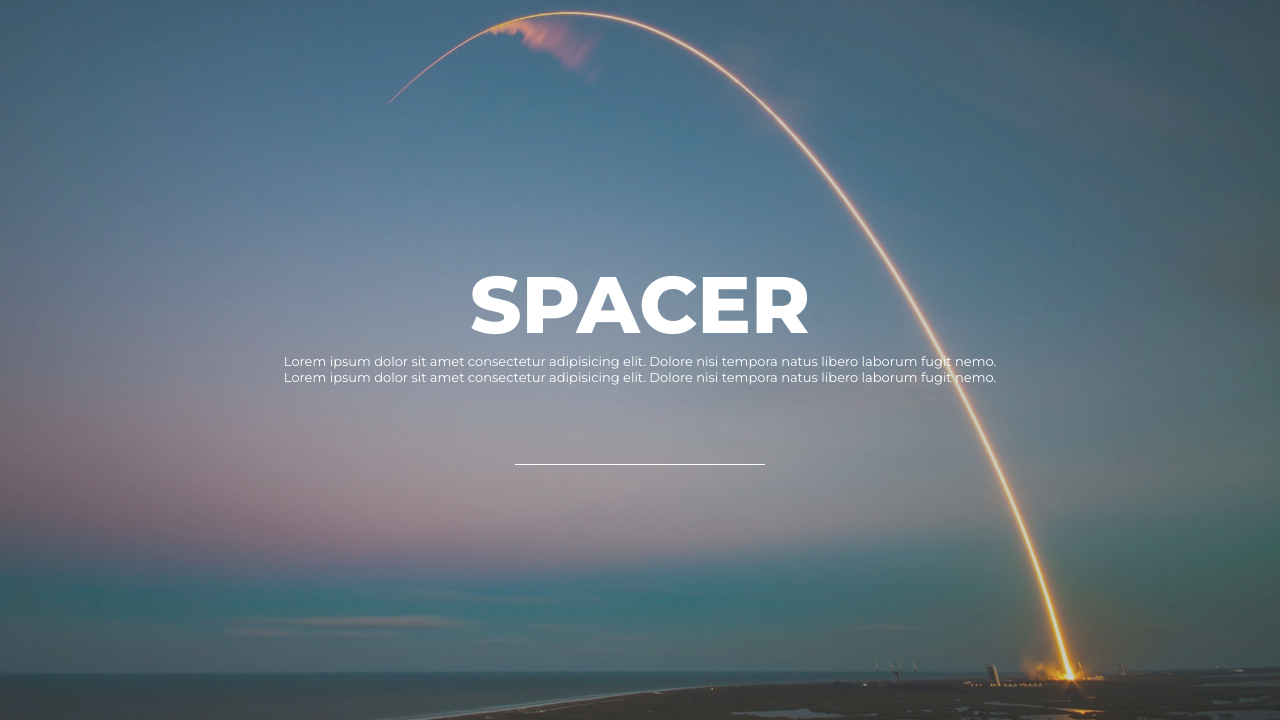
Repository: Trelefele/spacer-roman
Page: /
An editor plug-in stored every save of this project. The page is shown before and after the next save, followed by the edit.
The browser window is 1280 px wide. The pictures show the whole page.
The project was rebuilt for these pictures with package versions that can differ from the ones it lists, and the page was loaded fresh each time.

Above is the page before, as saved 2019-02-05 19:37:32.

### public/index.html
<!DOCTYPE html>
<html lang="en">
  <head>
    <meta charset="utf-8">
    <meta http-equiv="X-UA-Compatible" content="IE=edge">
    <meta name="viewport" content="width=device-width,initial-scale=1.0">
    <link rel="icon" href="<%= BASE_URL %>favicon.ico">
    <!-- <script src="https://unpkg.com/axios/dist/axios.min.js"></script> -->
    <title>spacer-roman</title>
  </head>
  <body>
    <noscript>
      <strong>We're sorry but spacer-roman doesn't work properly without JavaScript enabled. Please enable it to continue.</strong>
    </noscript>
    <div id="app"></div>
    <!-- built files will be auto injected -->
  </body>
</html>

### src/main.js
import Vue from 'vue';
import App from './App.vue';

Vue.config.productionTip = false;

new Vue({
  render(h) { return h(App); },
}).$mount('#app');

### src/App.vue
<template>
  <div class="app">
    <div class="wrapper">
    <HeroImage/>
    <Claim/>
    <SearchInput/>
  </div>
  </div>
</template>

<script>
import axios from 'axios';
import debounce from 'lodash.debounce';
import Claim from '@/components/Claim.vue';
import HeroImage from '@/components/HeroImage.vue';
import SearchInput from '@/components/SearchInput.vue';

const API = 'https://images-api.nasa.gov/search';

export default {
  name: 'App',
  components: {
    Claim,
    SearchInput,
    HeroImage
  },
  data() {
    return {
      searchValue: '',
      results: [],
    };
  },
  methods: {
    // eslint-disable-next-line
    handleInput: debounce(function(){
      axios.get(`${API}?q=${this.searchValue}&media_type=image`)
        .then((response) => {
          // this.results = response.data.collection.items;
          this.results = response.data.collection.items;
        })
        .catch((error) => {
          console.log(error);
        });
    }, 500),
  },
};
</script>

<style lang="scss" >
@import url('https://fonts.googleapis.com/css?family=Montserrat:300,400,600,800');

* {
  box-sizing: border-box;
  font-family: 'Montserrat', sans-serif;
  margin: 0;
  padding: 0;
}
.wrapper {
    margin: 0;
    width: 100%;
    min-height: 100vh;
    padding: 30px;
    display: flex;
    flex-direction: column;
    align-items: center;
    justify-content: center;
}
</style>

### src/components/Claim.vue
<template>
  <div class="claimWrapper">
    <h1 class="claim">SPACER</h1>
    <p class="subclaim">
      Lorem ipsum dolor sit amet consectetur adipisicing elit.
      Dolore nisi tempora natus libero laborum fugit nemo.
    </p>
    <p class="subclaim">
      Lorem ipsum dolor sit amet consectetur adipisicing elit.
      Dolore nisi tempora natus libero laborum fugit nemo.
    </p>
  </div>
</template>

<script>
export default {
  name: "Claim"
};
</script>

<style lang="scss" scoped>
.claimWrapper {
  display: flex;
  flex-direction: column;
  justify-content: center;
  align-items: center;
  color: white;
  margin: 0;
}

.claim {
  font-size: 50px;
  margin: 0;

    @media (min-width: 768px) {
        font-size: 80px;
    }
}

.subclaim {
  padding: 0 0 0 0;
  font-size: 13px;
}
</style>

### src/components/HeroImage.vue
<template>
    <div class="heroImage"/>
</template>

<script>
export default {
    name: "HeroImage"
}
</script>

<style lang="scss" scoped>
.heroImage{
    position: fixed;
    top: 0;
    z-index: -1;
    width: 100%;
    height: 100vh;
    background-image: url('../assets/heroimage.jpg');
    background-repeat: no-repeat;
    background-size: cover;
    background-position: 80%, 0%;
}
.heroImage::after {
    content: '';
    background: rgba(0,0,0, .2);
    position: absolute;
    top: 0;
    left: 0;
    z-index: 1;
    width: 100%;
    height: 100vh;
}
</style>

### src/components/SearchInput.vue
<template>
  <input
    id="search"
    name="search"
    :class="{ dark }"
    @input="handleChange"
  />
</template>
<script>
export default {
  name: 'SearchInput',
  props: {
    // value: {
    //   type: String,
    //   required: true,
    // },
    dark: {
      type: Boolean,
      default: false,
    },
  },
  methods: {
    handleChange(e) {
      this.$emit('input', e.target.value);
    },
  },
};
</script>
<style lang="scss" scoped>
  input {
    margin-top: 50px;
    display: flex;
    width: 250px;
    color: white;
    text-align: center;
    font-size: 18px;
    font-weight: 300;
    height: 30px;
    border: 0;
    background: none;
    border-bottom: 1px solid white;
    transition: box-shadow .3s ease-out;

    @media (min-width: 1024px) {
      font-weight: 400;
    }
  }

  input:focus {
    outline: none;
    box-shadow: 0 10px 20px -8px rgba(255,255,255, .5);
  }

  .dark {
    color: #1e3d4a;
    border-bottom-color: #1e3d4a;
  }

  .dark:focus {
    box-shadow: 0 10px 20px -8px rgba(#1e3d4a, .2);
  }
</style>

After the next save:
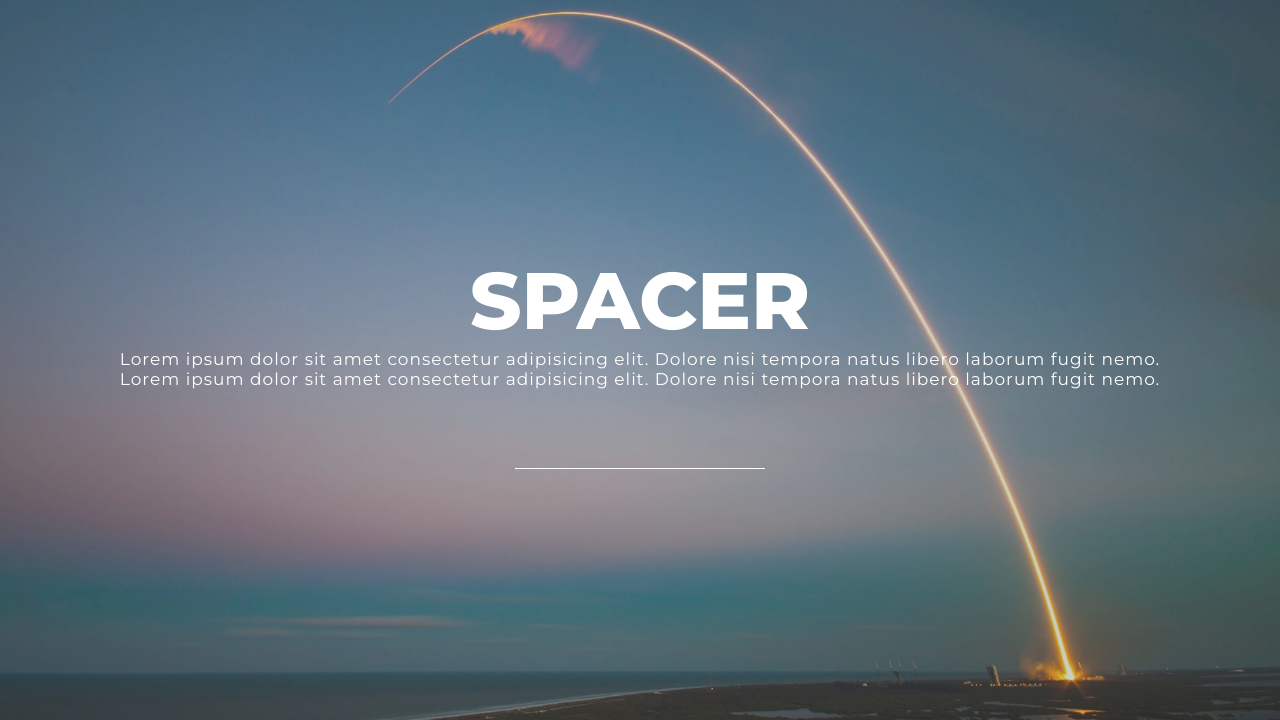
Saved 36 s later.
--- a/src/components/Claim.vue
+++ b/src/components/Claim.vue
@@ -40,5 +40,10 @@ export default {
 .subclaim {
   padding: 0 0 0 0;
   font-size: 13px;
+
+    @media (min-width: 768px) {
+        font-size: 17px;
+        letter-spacing: 1px;
+    }
 }
 </style>
